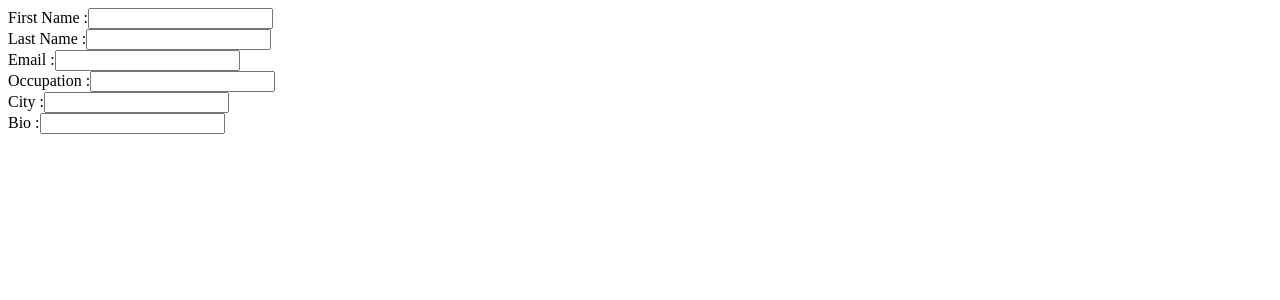
Repository: hemantsaini-7/React_Basics
Page: / (app in MultiStepForm/)
An editor plug-in stored every save of this project. The page is shown before and after a run of saves, followed by the edit.
The browser window is 1280 px wide. The pictures show the whole page.
The project was rebuilt for these pictures with package versions that can differ from the ones it lists, and the page was loaded fresh each time.

Above is the page before, as saved 2020-11-05 10:38:19.

### MultiStepForm/public/index.html
<!DOCTYPE html>
<html lang="en">
  <head>
    <meta charset="utf-8" />
    <meta name="viewport" content="width=device-width, initial-scale=1" />
    <meta name="theme-color" content="#000000" />
    <meta
      name="description"
      content="Web site created using create-react-app"
    />

    <title>React App</title>
  </head>
  <body>
    <noscript>You need to enable JavaScript to run this app.</noscript>
    <div id="root"></div>

  </body>
</html>

### MultiStepForm/src/App.js
import React from 'react';
import Page1 from './components/Page1';
import Page2 from './components/Page2';

import './App.css';

function App() {
  return (
    <div>
      <Page1/>
      <Page2/>
    </div>
  );
}

export default App;

### MultiStepForm/src/components/Page1.js
import React from 'react'
import { useState } from 'react'

function Page1() {

   const [data,setData]= useState({
        fname: '',
        lname: '',
        email: '',
    });

    const {fname, lname, email} = data;

    const InputEvent = (e) => {
        setData({...data, [e.target.name]:e.target.value})
    }

    return (
        <div className="container">
            <div className="input-div">
                <label htmlFor="">First Name :</label>
                <input type="text" value={fname} onChange={InputEvent} name="fname"/>
            </div>
            <div className="input-div">
                <label htmlFor="">Last Name :</label>
                <input type="text" value={lname} onChange={InputEvent} name="lname"/>
            </div>
            <div className="input-div">
                <label htmlFor="">Email :</label>
                <input type="text" value={email} onChange={InputEvent} name="email"/>
            </div>
        </div>
    )
}

export default Page1

### MultiStepForm/src/components/Page2.js
import React from 'react'
import { useState } from 'react'

function Page1() {

   const [ndata,setnData]= useState({
        occupation: '',
        city: '',
        bio: '',
    });

    const {occupation, city, bio} = ndata;

    const nInputEvent = (e) => {
        setnData({...ndata, [e.target.name]:e.target.value})
    }

    return (
        <div className="container">
            <div className="input-div">
                <label htmlFor="">Occupation :</label>
                <input type="text" value={occupation} onChange={nInputEvent} name="occupation"/>
            </div>
            <div className="input-div">
                <label htmlFor="">City :</label>
                <input type="text" value={city} onChange={nInputEvent} name="city"/>
            </div>
            <div className="input-div">
                <label htmlFor="">Bio :</label>
                <input type="text" value={bio} onChange={nInputEvent} name="bio"/>
            </div>
        </div>
    )
}

export default Page1

Loaded but not shown: MultiStepForm/src/index.js (common file); MultiStepForm/src/App.css (no stored copy; drawn as an empty file)

After the next 2 saves:
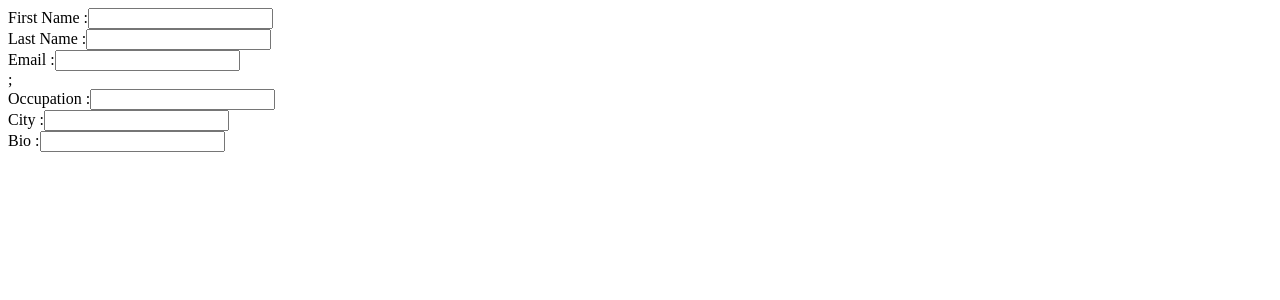
The 2 saves are shown as one change because they came seconds apart.
The last was saved 40 s later.
--- a/MultiStepForm/src/components/Page1.js
+++ b/MultiStepForm/src/components/Page1.js
@@ -29,6 +29,7 @@ function Page1() {
                 <label htmlFor="">Email :</label>
                 <input type="text" value={email} onChange={InputEvent} name="email"/>
             </div>
+            {console.log(data)};
         </div>
     )
 }
